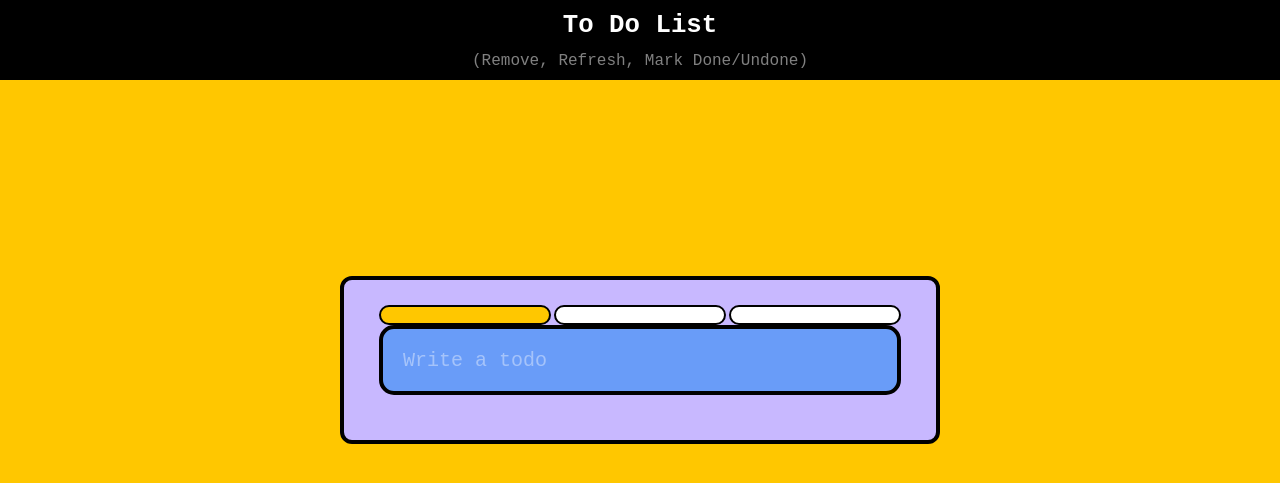
Repository: ThisIsSahaj/Js-Projects
Page: ToDoList/index.html
An editor plug-in stored every save of this project. The page is shown before and after the next save, followed by the edit.
The browser window is 1280 px wide. The pictures show the whole page.

Above is the page before, as saved 2024-04-24 09:56:43.

### ToDoList/index.html
<!DOCTYPE html>
<html lang="en">
<head>
    <meta charset="UTF-8">
    <meta http-equiv="X-UA-Compatible" content="IE=edge">
    <meta name="viewport" content="width=device-width, initial-scale=1.0">
    <title>To Do List</title>
    <link rel="stylesheet" href="style.css">
    <link rel="stylesheet" href="https://cdnjs.cloudflare.com/ajax/libs/font-awesome/6.0.0/css/all.min.css" integrity="sha512-9usAa10IRO0HhonpyAIVpjrylPvoDwiPUiKdWk5t3PyolY1cOd4DSE0Ga+ri4AuTroPR5aQvXU9xC6qOPnzFeg==" crossorigin="anonymous" referrerpolicy="no-referrer" />

</head>
<body>
    <div class="header">
       <h3>To Do List</h3>
        <p>(Remove, Refresh, Mark Done/Undone)</p>

    </div>
    <div class="box">
        <div class="ui" style="display: flex; justify-content: space-between;">

            <span style=" background-color: #FFC700; border: 2px solid black;"></span>
            <span style=" background-color: white; border: 2px solid black;" ></span>
            <span style=" background-color: white; border: 2px solid black;" ></span>
        </div>
            <input type="text" placeholder="Write a todo" >
            <ul class="todoBox">

            </ul>

    </div>
</body>

<script src="script.js"></script>
</html>

### ToDoList/style.css
*{
    margin: 0;
    padding: 0;
    box-sizing: border-box;
    outline: none;
}

body{
    /* background-color: #000; */
    background-color: #FFC700;
    display: flex;
    flex-wrap: wrap;
    font-family: monospace;
}

.header{
    width: 100%;
    height: 80px;
    background-color: black;
    color: white;
    display: flex;
    flex-direction: column;
    align-items: center;
    justify-content: center;
    font-family: monospace;
    font-size: 22px;
    gap: 12px;
    /* border: 2px solid blue; */
}

.header p {
    color: grey;
    font-size: 16px;
}



.box{
    /* border: 2px solid red; */
    /* background-color: #C6B9FF;
    margin-top: 50px;
    width: 100%;
    display: flex;
    justify-content: center;
    align-items: center;
    flex-direction: column; */

    width: 600px;
    padding: 25px 35px;
    position: absolute;
    top: 50%;
    left: 50%;
    transform: translate(-50%,-50%);
    background-color: #C8B8FF;
    border: 4px solid black;
    color: black;
    border-radius: 12px;
    font-weight: bold;
}

.box span{
    border-radius: 10px;
    width: 33%;
    height: 20px;
    background-color: white;
}


input{
    width: 100%;
    height: 70px;
    border-radius: 15px;
    color: black;
    padding: 20px;
    font-size: 20px;
    font-family: monospace;
    background-color: #699CF8;
    border: 4px solid black;

}
::placeholder {
    color: white;
    opacity: 0.4;
  }


.todoBox{
    /* border: 2px solid red; */
    margin-top: 20px;
    list-style: none;
    width: 100%;
}



.todoBox li {
    position: relative;
    /* background-color: rgb(34, 34, 34); */
    background-color: white;
    color: black;
    /* box-shadow: 0px 3px 6px rgba(0, 0, 0, 0.05), 0px 8px 15px rgba(0, 0, 0, 0.1), 0 0 0 1px rgba(255, 255, 255, 0.1); */
    padding: 20px;
    border-radius: 15px;
    border: 3px solid black;



    /* transition: box-shadow 0.25s; */
    /* width: 100%; */
    /* height: 50px; */
    margin: 20px 0px;

    font-size: 16px;
    /* font-family: monospace; */
    padding-right: 45px;
    text-align: justify;
    user-select: none;

}

.todoBox li i {
    /* color: rgb(142, 142, 142); */
    color: #FF8477;
    -webkit-text-stroke: 0.5px #FF8477 ;
    position: absolute;
    right: 20px;
    cursor: pointer;
    /* top: 50%; */
    top: 20px;

}

.done{
    text-decoration: line-through;
    color: grey !important;

}

### ToDoList/script.js
const input = document.querySelector('input');
const todoBox = document.querySelector('.todoBox');



// ✅ LOCAL STORAGE
const updateLS = () => {
    const taskValue = document.querySelectorAll('li');

    const tasks = [];

    taskValue.forEach((curEle) => {
        return tasks.push(curEle.textContent.trim());
    });

    localStorage.setItem('tasks', JSON.stringify(tasks));
}




// ✅ ADD TASK
const addTask = (text) => {
    const task = document.createElement('li');

    const htmlData =
        ` <p>${text}</p>

          <i class="delete fa-regular fa-circle-xmark"></i> `
    task.insertAdjacentHTML('afterbegin', htmlData);
    todoBox.appendChild(task);


    // ✅ DELETE TASK
    const deleteBtn = task.querySelector('i');
    deleteBtn.addEventListener('click', ()=>{
    task.remove();
    updateLS();
    })


    // ✅ Mark a task DONE/UNDONE
    task.addEventListener('click', ()=>{
        task.classList.toggle('done');
    })
}





// ✅ GET THE INPUT
input.addEventListener('keyup', (event)=>{

    // to know which key is being pressed
   // console.log(event.key);

  if (event.key == 'Enter') {

    // to get the value written in input
    // console.log(input.value);

      addTask(input.value);
      updateLS();

      //to clear the value written in input after ENTER
      input.value = "";

    }
})






// ✅ GETTING DATA BACK FROM LOCAL SOTRAGE
const taskAvailable = JSON.parse(localStorage.getItem('tasks'));

if(taskAvailable)
{
    taskAvailable.forEach((curTask) =>
    {
        addTask(curTask);
    })};

After the next save:
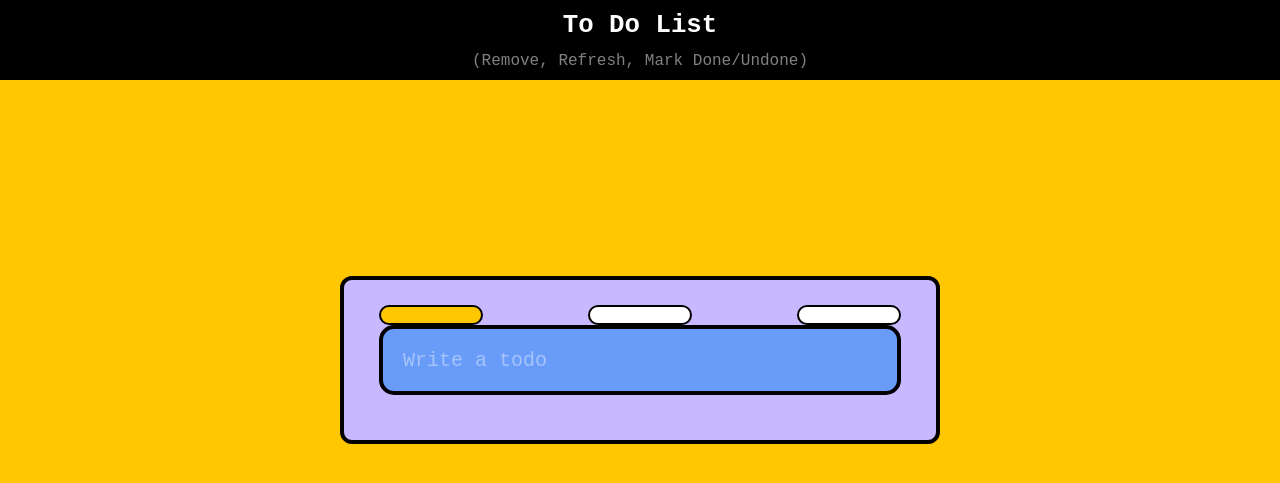
Saved 9 s later.
--- a/ToDoList/style.css
+++ b/ToDoList/style.css
@@ -60,7 +60,7 @@ body{
 
 .box span{
     border-radius: 10px;
-    width: 33%;
+    width: 20%;
     height: 20px;
     background-color: white;
 }
